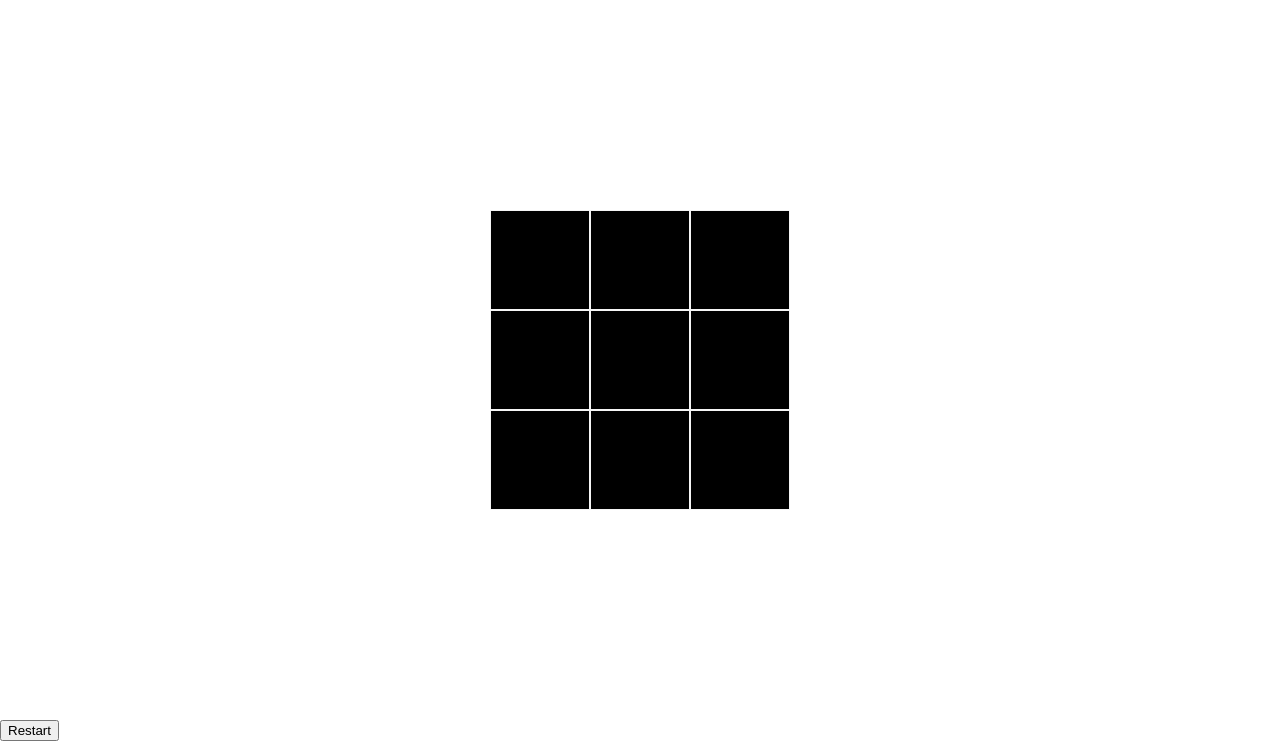
Repository: kkyler24/MCLA
Page: devFiles/TictactoeFiles/ticTacToe.html
The author's editor kept a copy of each file at every save. The page is drawn from the files as they stood at one save, then again after the next save.
The browser window is 1280 px wide. The pictures show the whole page.

Above is the page before, as saved 2020-04-17 11:57:25.

### devFiles/TictactoeFiles/ticTacToe.html
<!DOCTYPE html>
<html lang="en">

<head>
    <meta charset="UTF-8">
    <meta name="viewport" content="width=device-width, initial-scale=1.0">
    <link rel="stylesheet" type="text/css" href="tictactoe.css">
    <script src="tictactoe.js" defer></script>
    <title>Tic Tac Toe</title>
</head>

<body>
    <sectionOne>
        <!-- NavBar -->
        <!-- <nav class="navbar navbar-light bg-light">
            <!-- Image Logo -->
            <!-- <a class="navbar-brand" href="#">
                <img src="/docs/4.0/assets/brand/bootstrap-solid.svg" width="30" height="30"
                    class="d-inline-block align-top" alt="">
                Bootstrap -->
            <!-- </a> -->
        </nav>
    </sectionOne>
<sectionTwo>

<div class="BoardOne" id="BoardOne">
    <div class="cellBOne" data-cell></div>
    <div class="cellBOne" data-cell></div>
    <div class="cellBOne" data-cell></div>
    <div class="cellBOne" data-cell></div>
    <div class="cellBOne" data-cell></div>
    <div class="cellBOne" data-cell></div>
    <div class="cellBOne" data-cell></div>
    <div class="cellBOne" data-cell></div>
    <div class="cellBOne" data-cell></div>
</div>
<div class="winning-message-One" id="winningMessageOne">
    <div class="data-winning-message-text-One"></div>
    <button id="restartButtonOne">Restart</button>
</div>



</sectionTwo>











</body>

### devFiles/TictactoeFiles/tictactoe.css
*,*::after, *::before{
    box-sizing: border-box;
}
:root {
    --cell-size:100px;
    --mark-size:cal(var(--cell-size)*.9);
    /* this makes the preview marks 90% of the cell size */
}

body{
    margin:0;
}

.BoardOne{
    width: 100vw;
    height: 100vh;
    display: grid;
    justify-content: center;
    align-content: center;
    align-items: center;
    justify-items: center;
    grid-template-columns: repeat(3,auto);
    /* this resizes the grid and makes all the cells automatically evenly sized */
}
.cellBOne{
    width: var(--cell-size);
    height: var(--cell-size);
    background-color: black;
    border: 1px solid whitesmoke;
}

Loaded but not shown: devFiles/TictactoeFiles/tictactoe.js (no stored copy; drawn as an empty file)

After the next save:
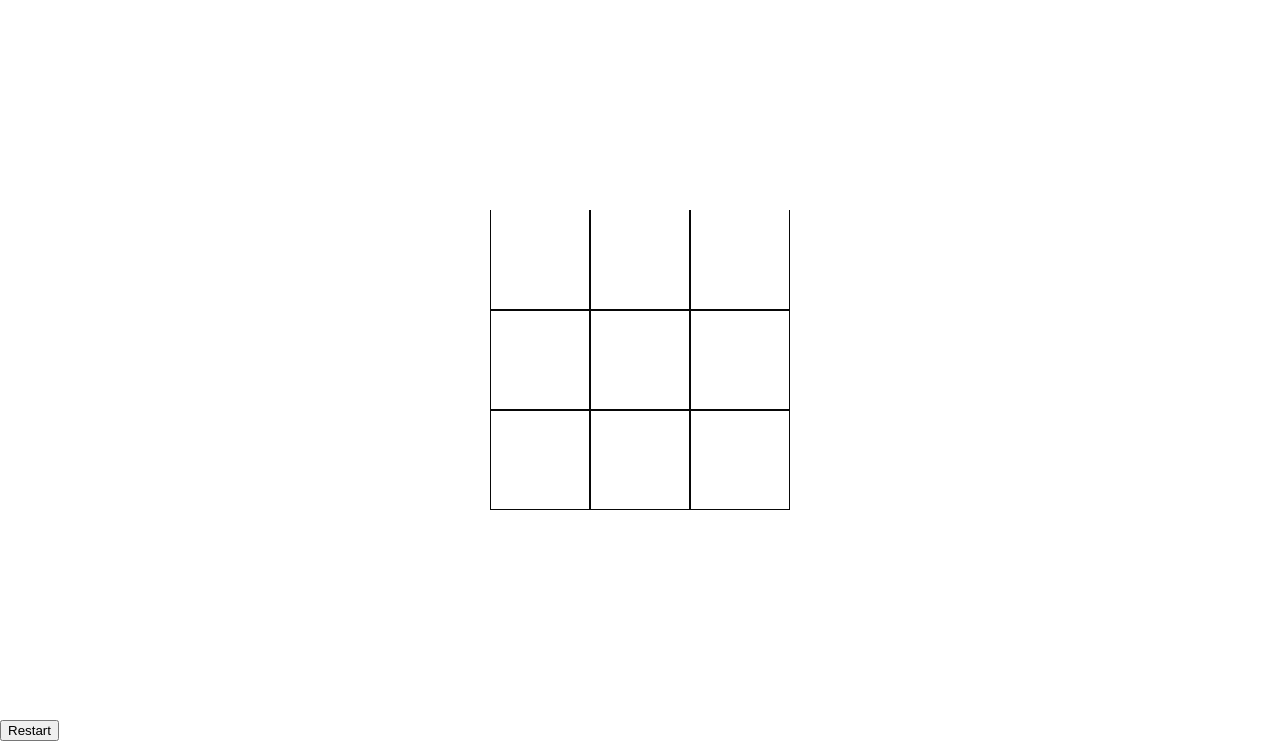
Saved 54 min 39 s later.
--- a/devFiles/TictactoeFiles/tictactoe.css
+++ b/devFiles/TictactoeFiles/tictactoe.css
@@ -25,6 +25,12 @@ body{
 .cellBOne{
     width: var(--cell-size);
     height: var(--cell-size);
-    background-color: black;
-    border: 1px solid whitesmoke;
+    border: 1px solid rgb(8, 8, 8);
 }
+.cellBOne:first-child,
+.cellBOne:nth-child(2),
+.cellBOne:nth-child(3){
+    border-top: none;
+}
+
+.cellBOne:nth-child(3n+1)
